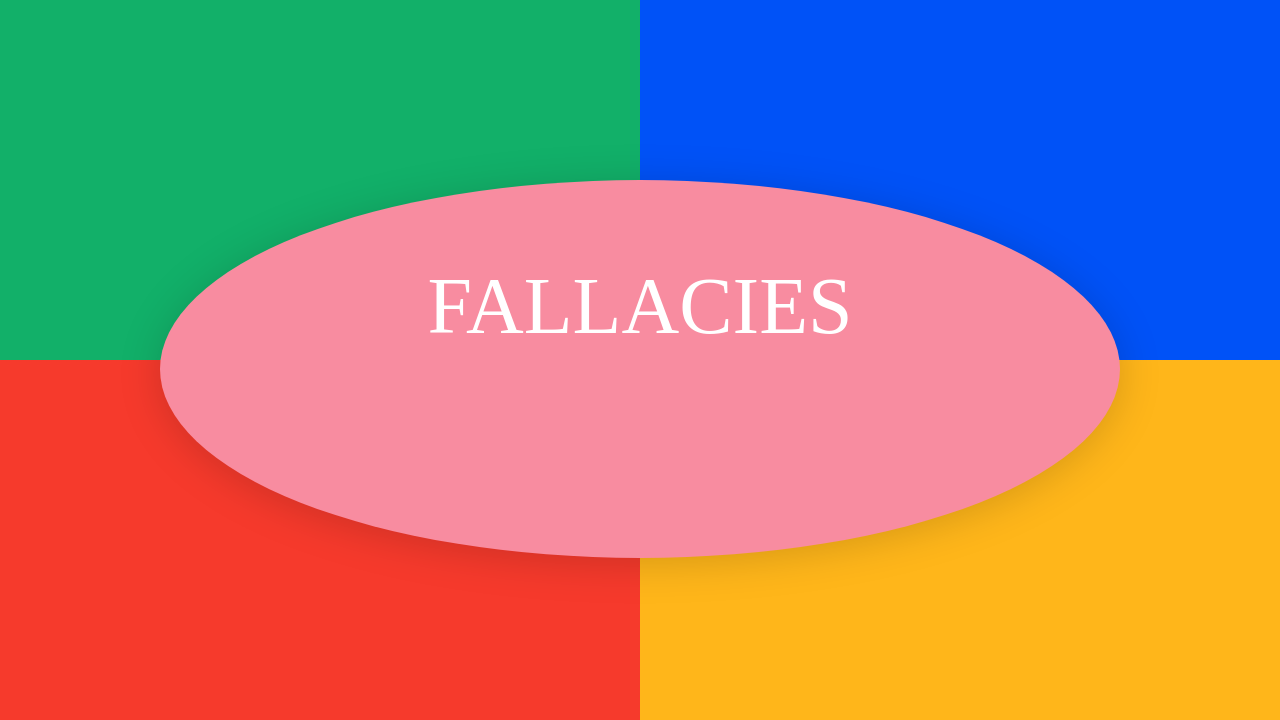
Repository: yafugray/fallacies
Page: project/Midterm project/index.html
The author's editor kept a copy of each file at every save. The page is drawn from the files as they stood at one save, then again after a run of saves.
The browser window is 1280 px wide. The pictures show the whole page.

Above is the page before, as saved 2020-03-12 19:18:49.

### project/Midterm project/index.html
<!DOCTYPE html>
<html lang="en">
<head>
    <meta charset="UTF-8">
    <meta name="viewport" content="width=device-width, initial-scale=1.0">
    <title>Fallacies</title>
    <link href="app.css" rel="stylesheet">
</head>
<body>
    <div id="Mainpage">
        <div id="rec1"></div>
        <div id="rec2"></div>
        <div id="rec3"></div>
        <div id="rec4"></div>
        <div id="group1">
            <svg class="ellipse">
                <ellipse fill="rgba(248,140,160,1)" id="Ellipse_8" rx="75%" ry="75%" cx="50%" cy="75%">
                </ellipse>
            </svg>
            <div id="fallacies">
                <span>FALLACIES</span>
            </div>
        </div>
    </div>
</body>
</html>

### project/Midterm project/app.css
* {
    margin: 0;
    padding: 0;
    box-sizing: border-box;
    border: none;
}

#Mainpage {
    position: absolute;
    width: 100vw;
    height: 100vh;
    background-color: azure;
    overflow: hidden;
}
@keyframes fadein {

    0% {
        opacity: 0;
    }
    100% {
        opacity: 1;
    }

}

#rec1 {
	position: absolute;
	overflow: visible;
	width: 50vw;
	height: 50vh;
	left: 0px;
    top: 0px;
    background-color: rgba(18,176,105,1);
}
#rec4 {
	position: absolute;
	overflow: visible;
	width: 50vw;
	height: 50vh;
	left: 0px;
    bottom: 0px;
    background-color: rgba(246,58,44,1);
}
#rec2 {
	position: absolute;
	overflow: visible;
	width: 50vw;
	height: 50vh;
	right: 0px;
    top: 0px;
    background-color: rgba(0,82,247,1);
}
#rec3 {
	position: absolute;
	overflow: visible;
	width: 50vw;
	height: 50vh;
	right: 0px;
    bottom: 0px;
    background-color: rgba(255,182,26,1);
}

#group1 {
    position: absolute;
	/* height: 100vh; */
	height: 35vh;
    left: 25%;
    right: 25%;
    top: 25%;
    bottom: 25%;
    /* background-size: contain; */
	overflow: visible;
	--web-animation: fadein 0.3s ease-out;
	--web-action-type: page;
	--web-action-target: custom___2.html;
    cursor: pointer;
    /* transform: translate( -50%, -50% ); */
    /* top:50%;
    left: 50%; */
}

.ellipse {
    filter: drop-shadow(0px 5px 20px rgba(0, 0, 0, 0.161));
	position: absolute;
	overflow: visible;
	width: 50vw;
	height: 35vh;
    left: 0px;
    right:0px;
    top: 0px;
    bottom: 0px;
}

#fallacies {
    /* filter: drop-shadow(0px 5px 10px rgba(0, 0, 0, 0.161));
    font-family: TitlingGothicFB Narrow;
    font-style: normal;
    font-weight: bold;
    font-size: 8em;
    width: 50vw;
    padding: 5px 10px;
	color: white;
	text-align: center;
	position: relative;
	top: 55%;
	left: 21%;
    transform: translate( -50%, -50% ); */
    position: absolute;
    top:50%;
    left:50%;
    transform: translate(-50%, -50%);
    font-size:5rem;
    color: white;
    z-index: 2;
    text-align: center;

}

After the next 4 saves:
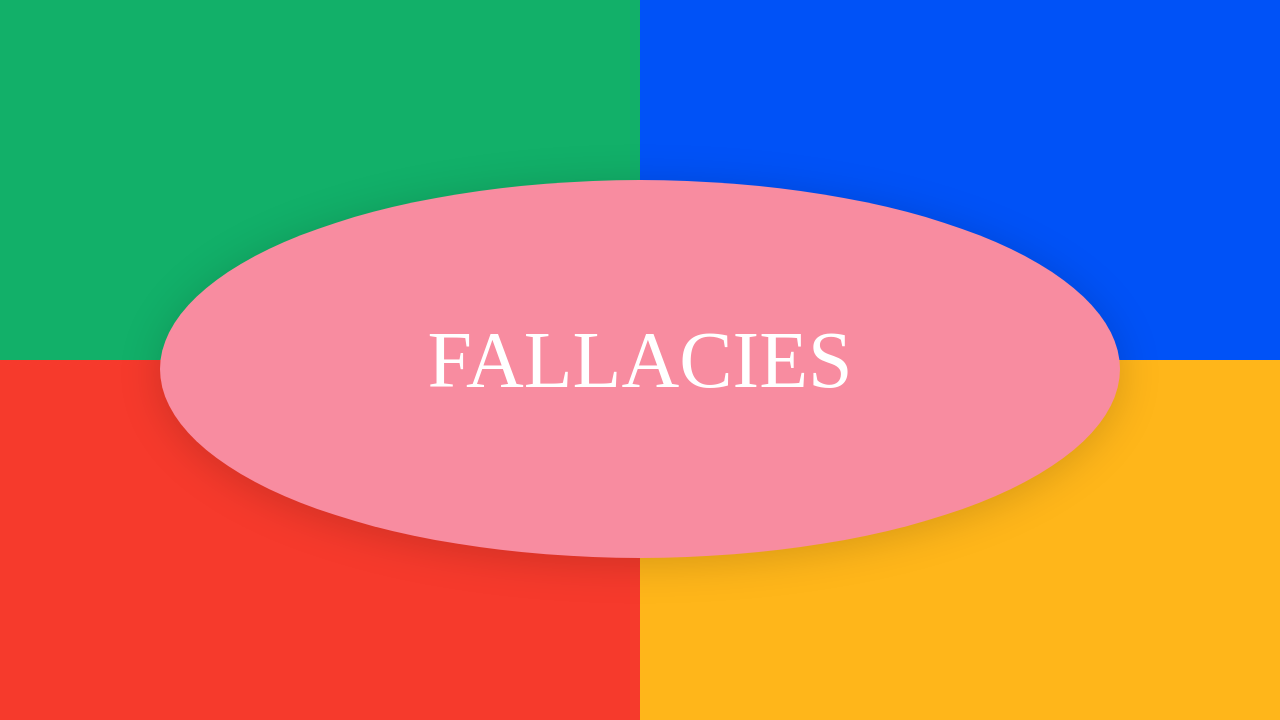
The 4 saves are shown as one change because they came seconds apart.
The last was saved 16 s later.
--- a/project/Midterm project/app.css
+++ b/project/Midterm project/app.css
@@ -62,8 +62,7 @@
 
 #group1 {
     position: absolute;
-	/* height: 100vh; */
-	height: 35vh;
+	height: 50vh;
     left: 25%;
     right: 25%;
     top: 25%;
